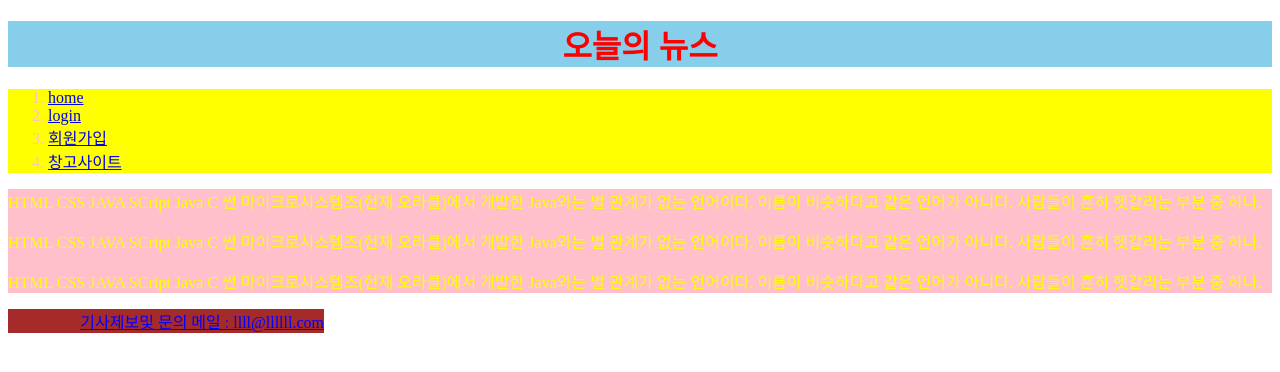
Repository: ssleap/multicampusIoT
Page: workspace190520/edu2/WebContent/test02.html
The author's editor kept a copy of each file at every save. The page is drawn from the files as they stood at one save, then again after the next save.
The browser window is 1280 px wide. The pictures show the whole page.

Above is the page before, as saved 2019-05-22 06:47:54.

### workspace190520/edu2/WebContent/test02.html
<!DOCTYPE html>
<html>
<head>
<meta charset="UTF-8">
<meta name = "viewport" content ="width=device-width, initial-scale=1">
<title>Insert title here</title>
<style>

	#header{
		width :100%;
		text-align: center;
		background: skyblue;
		color : red;

	}
	#footer{

		width : 25%;
		text-decoration: underline;
		text-align: right;
		color: blue;
		font:italic;
		background-color: brown;

	}

	#menu{

		color: pink;
		text-align: left;
		background-color: yellow;
	}

	#main{

		color : yellow;
		background-color: pink;

	}

</style>
</head>
<body>

	<div id = "header">

		<h1>오늘의 뉴스</h1>

	</div>

	<div id = "contents" >

		<div id = "menu">

			<ol>

				<li><a href = "#">home</a></li>
				<li><a href = "#">login</a></li>
				<li><a href = "#">회원가입</a></li>
				<li><a href = "#">창고사이트</a></li>

			</ol>

		</div>

		<div id = "main">

			<p>

				HTML CSS JAVA SCript Java C
				썬 마이크로시스템즈(현재 오라클)에서 개발한
				Java와는 별 관계가 없는 언어이다.
				이름이 비슷하다고 같은 언어가 아니다.
				사람들이 흔히 헷갈리는 부분 중 하나.

			</p>

			<p>

				HTML CSS JAVA SCript Java C
				썬 마이크로시스템즈(현재 오라클)에서 개발한
				Java와는 별 관계가 없는 언어이다.
				이름이 비슷하다고 같은 언어가 아니다.
				사람들이 흔히 헷갈리는 부분 중 하나.

			</p>

			<p>

				HTML CSS JAVA SCript Java C
				썬 마이크로시스템즈(현재 오라클)에서 개발한
				Java와는 별 관계가 없는 언어이다.
				이름이 비슷하다고 같은 언어가 아니다.
				사람들이 흔히 헷갈리는 부분 중 하나.

			</p>

		</div>

	</div>

	<div id = "footer">
		기사제보및 문의 메일 : llll@llllll.com
	</div>

</body>
</html>

After the next save:
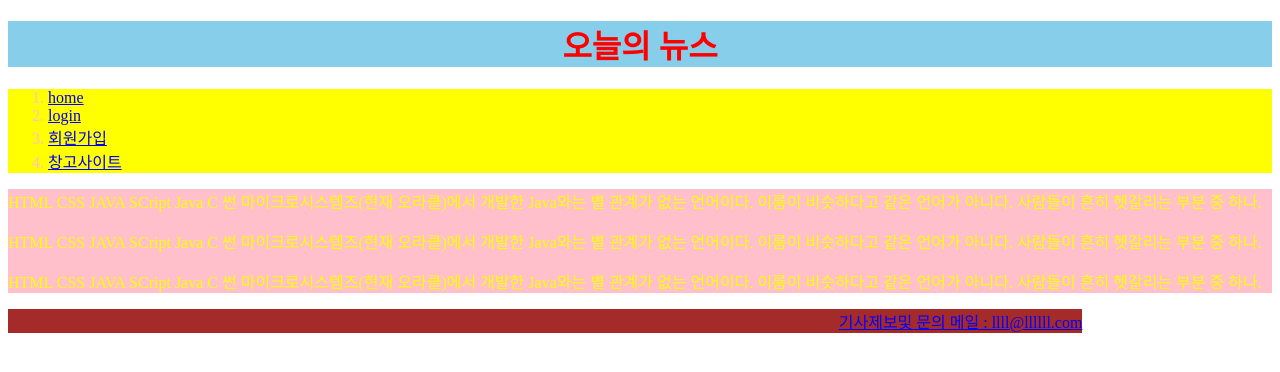
Saved 12 s later.
--- a/workspace190520/edu2/WebContent/test02.html
+++ b/workspace190520/edu2/WebContent/test02.html
@@ -15,7 +15,7 @@
 	}
 	#footer{
 
-		width : 25%;
+		width : 85%;
 		text-decoration: underline;
 		text-align: right;
 		color: blue;
